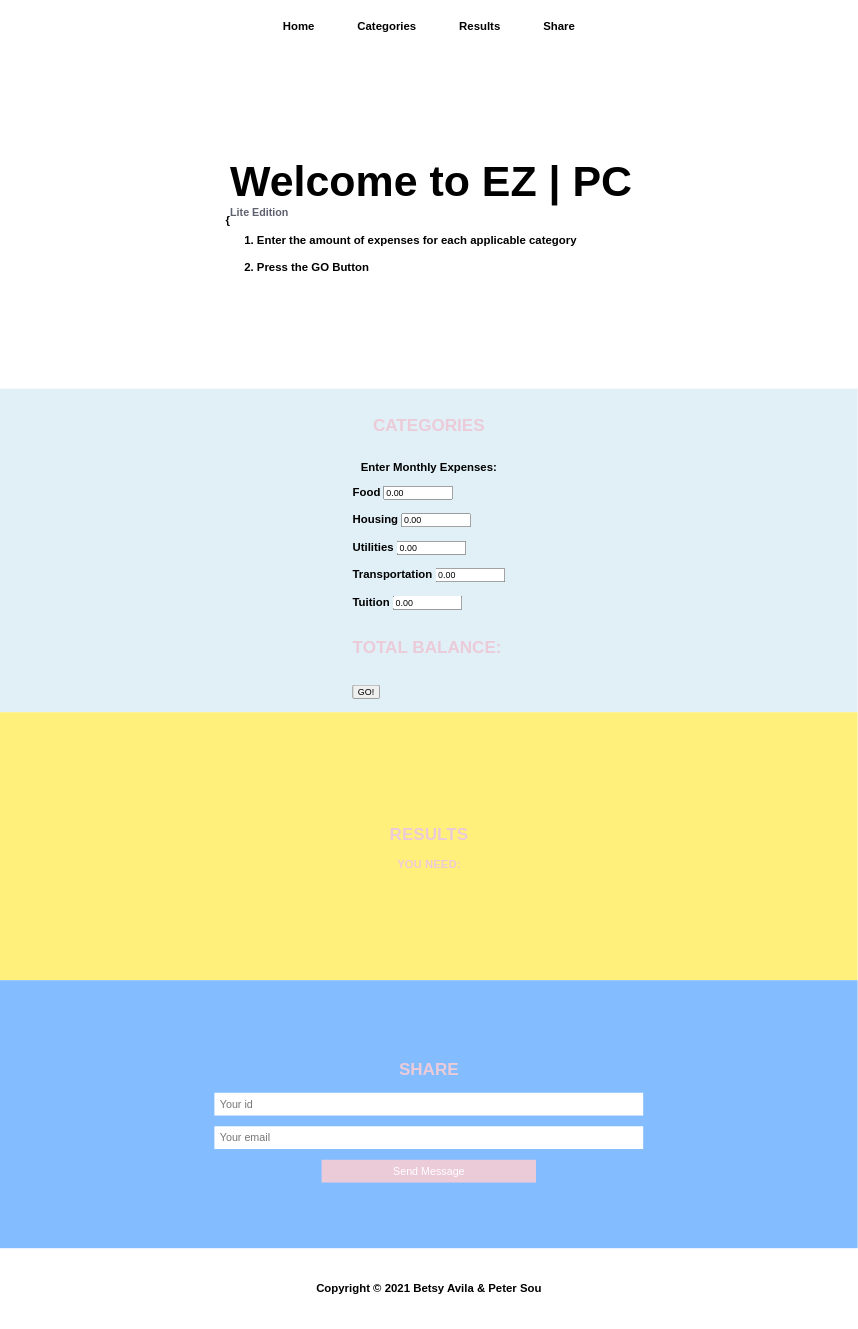
Repository: Peter-Sou/CSE-111-Project-1
Page: http://localhost/
These files come from the project's save history. The page is drawn as it stood at one moment and after the next save; the edit follows.
The browser window is 1280 px wide. The pictures show the whole page, at 67% of full size.
The page is served by the project's application, run on Django 3.2 (manage.py). Other server files are loaded and not shown.

Above is the page before, as saved 2021-12-07 17:59:55.

### ezPC/EZPCAPP/templates/EZPCAPP/hi.html
{% load static %}
<!DOCTYPE html>
<html lang="en">
<head>
    <meta charset="UTF-8">
    <title>EZ-PC-APP</title>
    <!--Resposive meta tag to make this webpage page looking good on mobile browser-->
    <meta id="viewport" content="width=device-width, initial-scale=1.0">
    <!--Add a favicon-->
    <link rel="shortcut icon" type="image/png" href="assets/favicon.png" />
    <!--Add a page title-->
    <title>EZ | PC</title>
    <!--Include styles.css file to this webpage-->
    <link rel="stylesheet" href ="{%static 'css/main.css' %}">
    <!--Include script.js file to this webpage-->
    {% comment %} <script type="module" src="script.js"></script> {% endcomment %}
</head>
<body>
    <nav>
		<a href = "#header">Home</a>
		<a href = '#Categories'>Categories</a>
		<a  href = '#Results'>Results</a>
		<a href = "#Share">Share</a>
    </nav>
    <header id = 'header'> {
        <div>
            <h1>Welcome to EZ | PC</h1>
            <h3>Lite Edition</h3>
            <h4></h4>
            <ol>
                <li>Enter the amount of expenses for each applicable category</li>
                <br>
                <li>Press the GO Button</li>
                </ol>
        </div>
        {% comment %} <img src="assets/profile_professional.jpg"> {% endcomment %}
	</header>
    <section id = 'Categories'>
	    <h2>Categories</h2>
		<p><strong>Enter Monthly Expenses:</strong> </p>

		<form>
		    <div>
			    <label for = "food">Food</label>
				<input type="number" id= "Food" min="0.00" step="0.01" max="30000" value="0.00" />
			</div>
			<br>
			<div>
			    <label for = "Housing">Housing</label>
				<input type="number" id="Housing" min="0.00" step="0.01" max="30000" value="0.00" />
			</div>
			<br>
			<div>
			    <label for = "Utilities">Utilities</label>
				<input type="number" id= "Utilities" min="0.00" step="0.01" max="30000" value="0.00" />
			</div>
			<br>
			<div>
			    <label for = "Transportation">Transportation</label>
				<input type="number" id= "Transportation" min="0.00" step="0.01" max="30000" value="0.00" />
			</div>
			<br>
			<div>
			    <label for = "Tuition">Tuition</label>
				<input type="number" id = "Tuition" min="0.00" step="0.01" max="30000" value="0.00" />
			</div>
			<br>
			<div>
			    <h2>Total Balance: </h2>
				<h2 id = "total"></h2>
            </div>
			<br>
            <button onclick = "CalcSum()">GO!</button>
		</form>

		</section>
		<section id = 'Results'>
			<div>
				<h2>Results</h2>
				<p id = "total">You need: </p>
			</div>
		</section>
		<section id = 'Share'>
			<h2>Share</h2>
			<form action = '/survey/checkout' method = 'post' enctype= "multipart/form-data">
				<input type="id" placeholder='Your id' required>
				<input type="email" placeholder='Your email' required>
				<button>Send Message</button>
				<input type='hidden' id='redirecturl' value='thankyou.html'>
				<input type='hidden' id='survey' value='Share'>
			</form>
		</section>

		<main></main>
		<footer id = "foot">
			<div>Copyright © 2021 Betsy Avila & Peter Sou</div>
		</footer>
	</body>

</html>

### ezPC/EZPCAPP/views.py
from django.shortcuts import render
from django.http import HttpResponse
def hi(request):
    return render(request,'EZPCAPP/hi.html')

### ezPC/ezPC/urls.py
"""ezPC URL Configuration

The `urlpatterns` list routes URLs to views. For more information please see:
    https://docs.djangoproject.com/en/3.2/topics/http/urls/
Examples:
Function views
    1. Add an import:  from my_app import views
    2. Add a URL to urlpatterns:  path('', views.home, name='home')
Class-based views
    1. Add an import:  from other_app.views import Home
    2. Add a URL to urlpatterns:  path('', Home.as_view(), name='home')
Including another URLconf
    1. Import the include() function: from django.urls import include, path
    2. Add a URL to urlpatterns:  path('blog/', include('blog.urls'))
"""
from django.contrib import admin
from django.urls import path, include


urlpatterns = [
    path('admin/', admin.site.urls),
    path('', include('EZPCAPP.urls'))
]

### ezPC/EZPCAPP/urls.py

from django.urls import path
from . import views

urlpatterns = [
    path('', views.hi, name="home-page"),
]

### ezPC/EZPCAPP/static/css/main.css
*{
	box-sizing: border-box;
}
html{
	scroll-behavior: smooth;
}

body {
	display:flex;
	flex-direction: column;
	align-items:center;
	justify-content:space-between;

	margin:0;
	padding:0;
	min-height:100vh;

	font-family: 'Josefin Sans', sans-serif;/*link href in the head tag*/
	font-size: 17px;
	font-weight:bold;
}

body > * {
	display: flex;
	align-items: center;
	justify-content:center;

}
nav{
	color: black;
	background-color: white;
	height:80px;
	width: 100%;

	max-width:500px;
	justify-content: space-around;
	flex-wrap: wrap;

	position: sticky;
	top:0;
}
/*select all a elements/tags in nav*/
nav a{
	text-decoration: none;
	color: black;
	margin: 0 12px;

}
nav > a{
	margin: 0 10px;
	color: black;
}

a: hover{
	color:#80ffe8;
}

header {
	color:black;
	background-color: white;
	height:500px;
	width:100%;
}

header h1 {
	font-size: 64px;
	margin: 0;
}

header h2 {
	font-size: 40px;
	margin: 0;
	color: #eccbd9;
	/* Make all of the characters to uppercase*/
	text-transform: uppercase;
}

header h3 {
	font-size: 16px;
	margin: 0;
	color: #5E616E;
}

header img {
	max-width: 100%;
	height: auto;
	background-color: #fff;
	border-radius: 100%;
	margin-left: 40px;
}

#Categories{
	color:black;
	background-color:#E1EFF6;
	min-height:400px;
	width:100%;
	padding: 20px 0;
	flex-direction: column;

}

#Categories h2{
	color: #eccbd9;
	text-transform:uppercase;
}

#Results{

	color:black;
	background-color:#fff07c;
	min-height:400px;
	width:100%;
	padding: 20px 0;


	display: flex;
	align-items: center;
	justify-content: center;

}
#Results{
	color: #eccbd9;
	text-transform:uppercase;
}

#Results > div{
	max-width:auto;
	width:100%;
	/* padding: top right bottom left */
	padding: 16px 40px 16px 40px;

	/*a in rgba is the alpha channel that specifies the opacity for a color
	background-color: rgba(0, 0, 0, 0.4);*/
	margin:20px 0;
	/* Define the text color in this div box*/
	text-align: center;

}

#Share{
	color:black;
	background-color:#83bcff;
	min-height:400px;
	padding: 20px 0;
	width:100%;
	flex-direction: column; /*keeps the text in the  middle of the colored square*/
}

#Share h2{
	color: #eccbd9;
	text-transform: uppercase;
}

#Share form{
	max-width:640px;
	width:100%;
	display:flex;
	flex-direction: column;
	align-items:center;
}

#Share form >*{
	font-family: 'Josefin Sans', sans-serif;
}

#Share input{
	width:100%;
	font-size: 16px;
	padding: 8px;
	border: none;
	margin-bottom: 16px;

}

#Share textarea{
	width:100%;
	font-size: 16px;
	padding: 8px;
	border: none;
	margin-bottom: 16px;
	height: 120px;
	resize: none;
}

#Share button{
	width: 50%;
	background-color: #eccbd9;
	color:white;
	padding: 8px 16px;
	font-size: 16px;
	border:none;
	cursor:pointer;

}

footer {
	height: 120px;
	display: flex;
	flex-direction: column;
	align-items: center;
	justify-content: center;

}

footer .links{
	display:flex;
	align-items:center;
	justify-content: space-evenly;
	width:120px;
	margin-bottom:8px;

}

footer .links img{
	max-width:100%;
	height:auto;
}

After the next save:
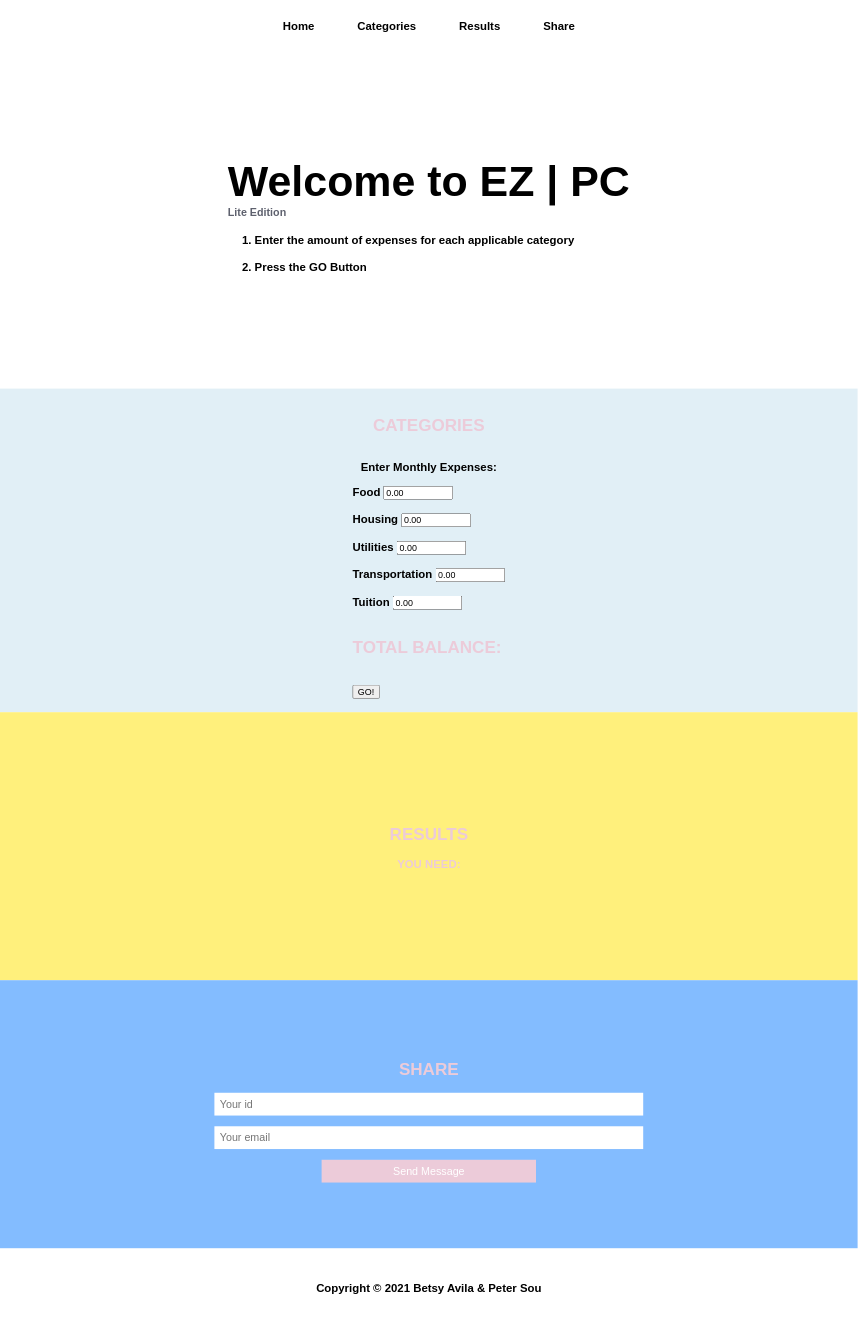
Saved 4 s later.
--- a/ezPC/EZPCAPP/templates/EZPCAPP/hi.html
+++ b/ezPC/EZPCAPP/templates/EZPCAPP/hi.html
@@ -22,7 +22,7 @@
 		<a  href = '#Results'>Results</a>
 		<a href = "#Share">Share</a>
     </nav>
-    <header id = 'header'> {
+    <header id = 'header'>
         <div>
             <h1>Welcome to EZ | PC</h1>
             <h3>Lite Edition</h3>
